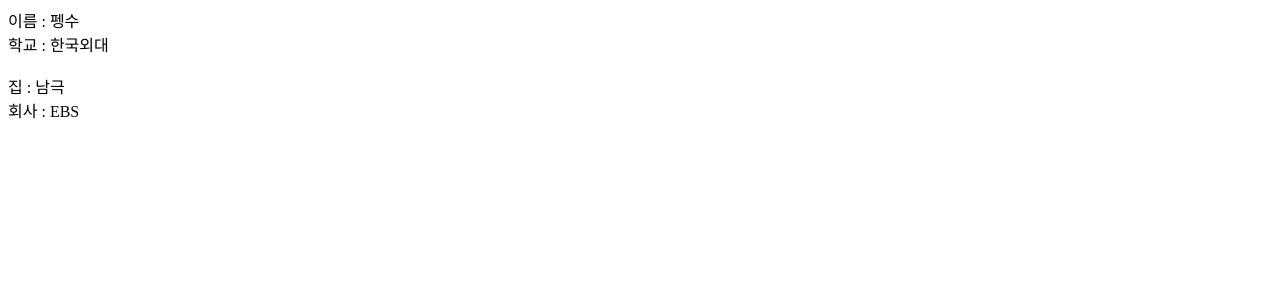
Repository: ujin2021/jsp_study
Page: jsp01/WebContent/me.html
These files come from the project's save history. The page is drawn as it stood at one moment and after the next save; the edit follows.
The browser window is 1280 px wide. The pictures show the whole page.

Above is the page before, as saved 2020-01-11 07:13:29.

### jsp01/WebContent/me.html
<!DOCTYPE html>
<html>
<head>
<meta charset="EUC-KR">
<title>나에대한 소개</title>
</head>
<body>
이름 : 펭수 <br>
학교 : 한국외대 <br><br>
집 : 남극 <br>
회사 : EBS <br>
</body>
</html>

After the next save:
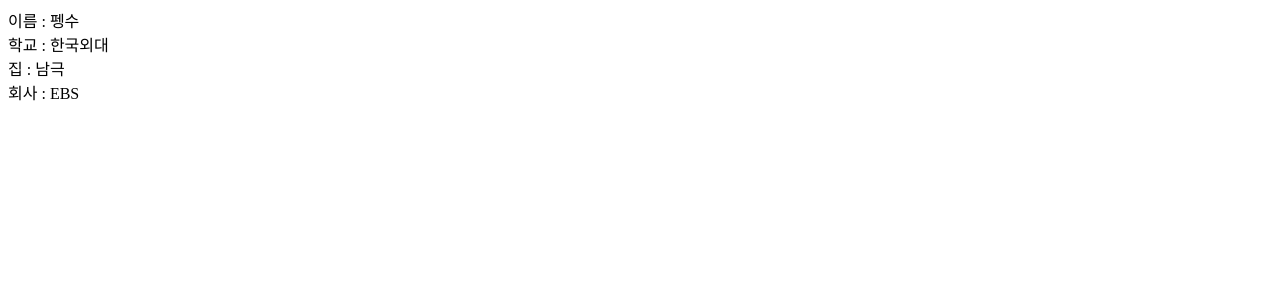
Saved 24 min 36 s later.
--- a/jsp01/WebContent/me.html
+++ b/jsp01/WebContent/me.html
@@ -6,7 +6,7 @@
 </head>
 <body>
 이름 : 펭수 <br>
-학교 : 한국외대 <br><br>
+학교 : 한국외대 <br>
 집 : 남극 <br>
 회사 : EBS <br>
 </body>
